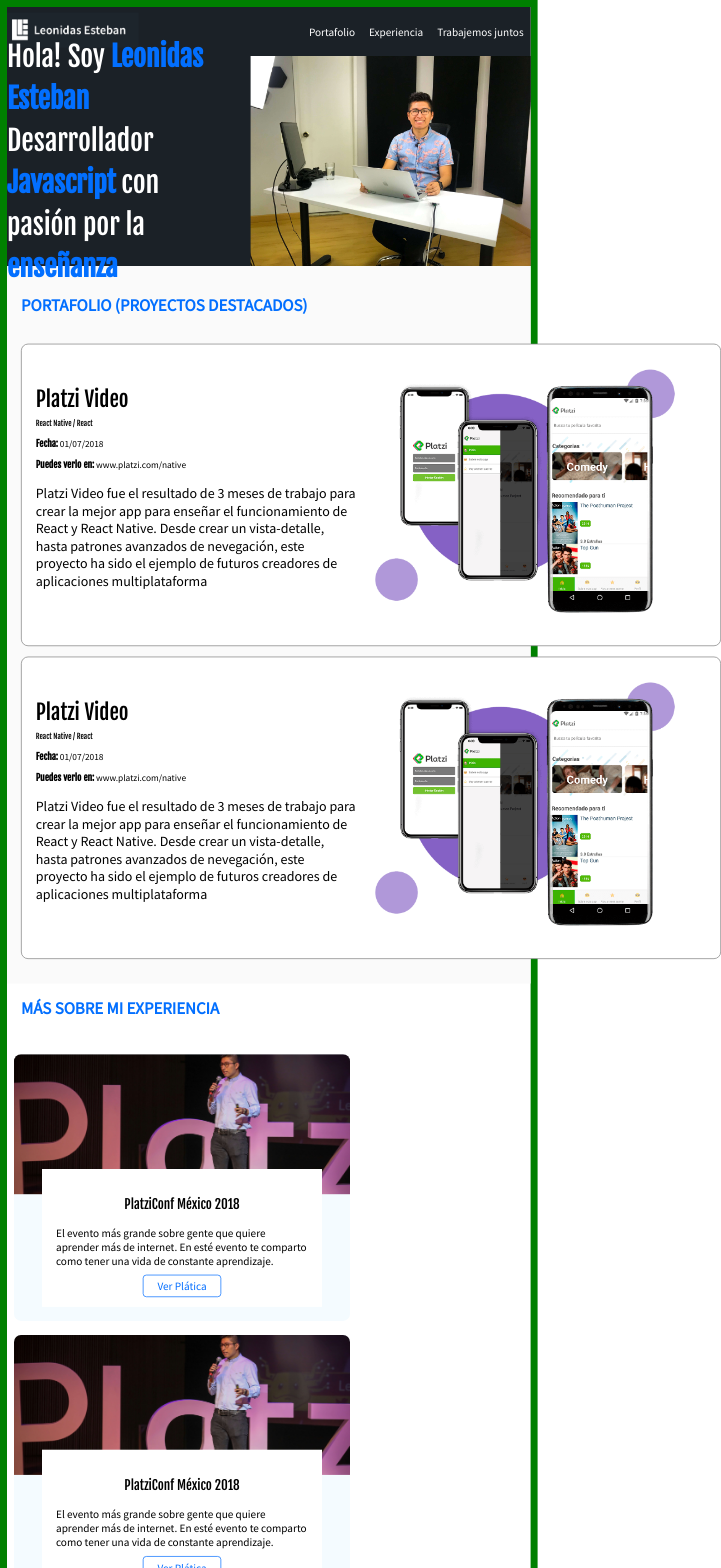
Repository: joseLozanoTamayo/web-desing
Page: desarrollo-web-portafolio/index.html
These files come from the project's save history. The page is drawn as it stood at one moment and after the next save; the edit follows.
The browser window is 768 px wide. The page is 1030 px wide, then 1020 px, so the pictures cover 1030 px, including what lies to the right of the window. The pictures show the part of the page from y = 0 to 2240 px (the page is 3329 px tall before and 3309 px after), at 70% of full size.

Above is the page before, as saved 2019-04-21 21:21:53.

### desarrollo-web-portafolio/index.html
<!DOCTYPE html>
<html lang="es">
  <head>
    <meta name="viewport" content="width=device-width, initial-scale=1">
    <meta charset="UTF-8" />
    <title>Leonidas Esteban</title>
    <link rel="icon" type="image/png" href="images/favicon.png" />
    <link href="https://fonts.googleapis.com/css?family=Fjalla+One|Source+Sans+Pro" rel="stylesheet">
    <link rel="stylesheet" href="css/estilos.css">
  </head>
  <body>
    <header class="header">
      <div class="container">
        <figure class="logo">
          <img src="images/logo.png" height="50" alt="Logo de http://leonidasesteban.com" />
        </figure>
        <nav class="menu">
          <ol>
            <li>
              <a class="link" href="#portafolio">Portafolio</a>
            </li>
            <li>
              <a class="link" href="#eventos">Experiencia</a>
            </li>
            <li>
              <a class="link" href="#contacto">Trabajemos juntos</a>
            </li>
          </ol>
        </nav>
      </div>
    </header>
    <section class="hero">
      <div class="container">
        <h1>
          Hola! Soy <strong>Leonidas Esteban</strong> <br/> Desarrollador  <strong>Javascript</strong> con <br> pasión por la <strong>enseñanza</strong>
        </h1>
        <img class="hero-image" src="images/hero.jpg" width="500" height="300" alt="imagen principal del sitio">
      </div>
    </section>
    <section id="portafolio" class="portfolio">
      <div class="container">
        <h2>Portafolio (Proyectos Destacados)</h2>
      <article class="project">
        <div class="project-details">
          <h3 class="project-title">Platzi Video</h3>
          <h6 class="project-course">React Native / React</h6>
          <p class="project-date"><small><strong>Fecha:</strong> 01/07/2018</small></p>
          <p class="project-url"><small><strong>Puedes verlo en:</strong> www.platzi.com/native</small></p>
          <p class="project-description">Platzi Video fue el resultado de 3 meses de trabajo
              para crear la mejor app para enseñar el funcionamiento
              de React y React Native. Desde crear un vista-detalle, hasta patrones avanzados de nevegación, este proyecto ha sido el ejemplo de futuros creadores de aplicaciones multiplataforma</p>
        </div>
        <figure class="project-imageContainer">
          <img class="project-image" width="500" src="images/platzi-video-react-native.png" alt="prouyecto del curso de React Native">
        </figure>
      </article>
      <article class="project">
          <div class="project-details">
            <h3 class="project-title">Platzi Video</h3>
            <h6 class="project-course">React Native / React</h6>
            <p class="project-date"><small><strong>Fecha:</strong> 01/07/2018</small></p>
            <p class="project-url"><small><strong>Puedes verlo en:</strong> www.platzi.com/native</small></p>
            <p class="project-description">Platzi Video fue el resultado de 3 meses de trabajo
                para crear la mejor app para enseñar el funcionamiento
                de React y React Native. Desde crear un vista-detalle, hasta patrones avanzados de nevegación, este proyecto ha sido el ejemplo de futuros creadores de aplicaciones multiplataforma</p>
          </div>
          <figure class="project-imageContainer">
            <img class="project-image" width="500" src="images/platzi-video-react-native.png" alt="prouyecto del curso de React Native">
          </figure>
        </article>
      </div>

    </section>
    <div class="container">
      <h2 class="event-list-title">Más sobre mi experiencia</h2>
    </div>
    <section id="eventos" class="event-list">
      <div class="container">
        <article class="event">
          <figure class="event-imageContainer">
            <img class="event-image" src="images/platzi-conf.jpg" width="500" />
          </figure>
          <div class="event-detail">
            <h3 class="event-title">PlatziConf México 2018</h3>
            <p class="event-description">El evento más grande sobre gente que quiere aprender más de internet. En esté evento te comparto como tener una vida de constante aprendizaje.</p>
            <a class="event-url" href="https://www.youtube.com/watch?v=BIS7cWGgJg0" target="_blank">Ver Plática</a>
          </div>
        </article>
        <article class="event">
          <figure class="event-imageContainer">
            <img class="event-image" src="images/platzi-conf.jpg" width="500" />
          </figure>
          <div class="event-detail">
            <h3 class="event-title">PlatziConf México 2018</h3>
            <p class="event-description">El evento más grande sobre gente que quiere aprender más de internet. En esté evento te comparto como tener una vida de constante aprendizaje.</p>
            <a class="event-url" href="https://www.youtube.com/watch?v=BIS7cWGgJg0" target="_blank">Ver Plática</a>
          </div>
        </article>
        <article class="event">
          <figure class="event-imageContainer">
            <img class="event-image" src="images/platzi-conf.jpg" width="500" />
          </figure>
          <div class="event-detail">
            <h3 class="event-title">PlatziConf México 2018</h3>
            <p class="event-description">El evento más grande sobre gente que quiere aprender más de internet. En esté evento te comparto como tener una vida de constante aprendizaje.</p>
            <a class="event-url" href="https://www.youtube.com/watch?v=BIS7cWGgJg0" target="_blank">Ver Plática</a>
          </div>
        </article>
        <article class="event">
          <figure class="event-imageContainer">
            <img class="event-image" src="images/platzi-conf.jpg" width="500" />
          </figure>
          <div class="event-detail">
            <h3 class="event-title">PlatziConf México 2018</h3>
            <p class="event-description">El evento más grande sobre gente que quiere aprender más de internet. En esté evento te comparto como tener una vida de constante aprendizaje.</p>
            <a class="event-url" href="https://www.youtube.com/watch?v=BIS7cWGgJg0" target="_blank">Ver Plática</a>
          </div>
        </article>
      </div>
    </section>
    <section id="contacto" class="contact">
      <div class="container">
        <form action="/suscripcion/" class="form-email">
          <h3>¿Creamos algo juntos?</h3>
          <input type="text" placeholder="Déjame tu email" id="email">
          <button>Enviar</button>
        </form>
        <div class="social">
          <a href="https://twitter.com/leonidasesteban" class="social-link twitter"></a>
          <a href="https://facebook.com/leonidas.esteban" class="social-link facebook"></a>
          <a href="https://github.com/leonidasesteban" class="social-link github"></a>
          <a href="https://instagram.com/leonidasesteban" class="social-link instagram"></a>
        </div>
      </div>
    </section>
    <footer class="footer">
      <div class="container">
        <div>
          <p>Curso de Desarrollo web online 2018 <img src="images/platzi.png" width="80" alt="platzi"></p>
        </div>
        <div>
          <p>
            Designed with by <a href="https://twitter.com/thespianartist">@thespianartist</a>
          </p>
        </div>
      </div>
    </footer>
  </body>
</html>

### desarrollo-web-portafolio/css/estilos.css
/* reglas
selectores
declaraciones
propiedades
valores */


/* seletor de etiqueta  header - section - article - nav */
/* header {
  background: pink;
  color: red
} */

/* selector descendente  */
/* body header div nav ol li a  */

/* selector de clase . */

/* .link */

/* selector de id # */
/* #portafolio */



/* gris oscuro = #1d252c */
/* gris claro = #626262 */
/* background gris = #1b2127 */
/* celeste = #026fff */

body {
  font-family: 'Source Sans Pro', sans-serif;
  margin: 0;
}

h1,
h2,
h3,
h4,
h5,
h6{
  font-family: 'Fjalla One', sans-serif;
  font-weight: normal;
  /* font-style: italic; */
}

h1 {
  font-size: 40px;
  line-height: 1.5;
  letter-spacing: -.2px;
  color: white;
  margin: 0;
  /* margin: 100px 150px 70px 30px; */
  /* text-transform: uppercase; */
  /* text-decoration: dashed; */
}
h1 strong {
  color: #026fff;
}
h2 {
  color: #026fff;
  text-transform: uppercase;
  font-family: 'Source Sans Pro', sans-serif;
  font-weight: bold;
  font-size: 24px;
  margin-bottom: 40px;
}

.hero {
  height: 300px;
  /* background-image: url('../images/hero.jpg'); */
  background-color: #1b2127;
  /* background-size: 500px 300px; */
  /* background-repeat: no-repeat; */
  /* background-position-x: right; */
  display: flex;
  align-items: center;
  justify-content: space-between;

}

.hero-image{
  object-fit: cover;
}


.portfolio {
  background: #fafafa;
  padding: 20px;
  /* background: red; */
}

.project {
  /* border-top: 10px solid red;
  border-right: 10px solid green;
  border-left: 10px solid orange;
  border-bottom: 10px solid pink; */
  /* color: blue; */
  /* border-top-color: red;
  border-top-width: 15px;
  border-top-style: solid; */
  border: 1px solid gray;
  border-radius: 10px;
  /* border-top-left-radius: 50px;
  border-top-right-radius: 10px;
  border-bottom-left-radius: 10px;
  border-bottom-right-radius: 10px; */
  /* margin: 10px; */
  margin-bottom: 15px;
  /* margin-right
  margin-left
  margin-top */
  padding: 20px;
  background: white;
  display: flex;
  align-items: center;
  justify-content: space-between;
}
.project-course,
.project-date,
.project-url {
  margin: 10px 0;
}
.project-description {
  font-size: 20px;
}
.project strong {
  font-family: 'Fjalla One', sans-serif;
}
/* .project-date {
  margin: 10px 0;
} */

.project-title {
  font-size: 30px;
  margin-top: 0;
  margin-bottom: 10px;
}


.project-details {
  width: 500px;
}

.project-imageContainer {
  width: 500px;
}

.header {
  background-color: #1b2127;
  color: white;
  display: flex;
  height: 70px;
  align-items: center;
  justify-content: space-between;
}

ol,
ul {
  margin: 0;
  padding: 0;
  list-style: none;
}

figure {
  margin: 0;
}

.header a {
  color: white;
  text-decoration: none;
}
.menu {
  height: inherit;
}
.header ol {
  display: flex;
  height: inherit;
}
.header ol li {
  height: inherit;
}
.header a {
  display: flex;
  align-items: center;
  height: inherit;
  padding: 0 10px;
}

.flexbox {
  display: flex;
  /* flex-wrap: nowrap; */
  flex-wrap: wrap;
  /* flex-direction: column; */
}

.box {
  width: 50px;
  height: 50px;
  margin: 5px;
  border: 1px solid red;

  flex-shrink: 0;
}

.footer {
  color: white;
  background-color: #1b2127;
  display: flex;
  align-items: center;
  justify-content: space-between;
}

.footer img {
  vertical-align: middle;
}

.footer a {
  color: white;
}

.event-list {
  display: flex;
  flex-wrap: wrap;
}
.event-list-title {
  margin-left: 20px;
}
.event {
  margin: 10px;
  width: 480px;
  flex-shrink: 0;
  border-radius: 10px;
  overflow: hidden;
  background: #f4fbff;
}
.event img {
  width: 480px;
  height: 200px;
  object-fit: cover;
}
.event-detail {
  margin: 20px 40px;
  margin-top: -40px;
  background-color: white;
  position: relative;
  padding: 20px;
  text-align: center;
}
.event-description {
  text-align: left;
}

.event-url {
  color: #056fff;
  border: 1px solid;
  padding: 5px 20px;
  text-decoration: none;
  border-radius: 5px;
}

.contact {
  background-color: #056fff;
  color: white;
  height: 150px;
  display: flex;
  align-items: center;
  justify-content: space-between;
}

.social {
}

.social-link {
  display: inline-block;
  width: 50px;
  height: 50px;
  margin: 0 10px;
  background-size: 50px 50px;
}

.social-link.twitter {
  background-image: url('../images/twitter.svg');
}
.social-link.facebook {
  background-image: url('../images/facebook.svg');
}
.social-link.github {
  background-image: url('../images/github.svg');
}
.social-link.instagram {
  background-image: url('../images/instagram.svg');
}


.form-email input {
  border-color: gray;
  border-style: solid;
  border-radius: 5px;
  padding: 10px 20px 10px 25px;
  background-image: url('../images/envelope.svg');
  background-size: 15px 15px;
  background-repeat: no-repeat;
  background-position-y: center;
  background-position-x: 5px;
}

.form-email button {
  display: block;
  background: transparent;
  color: white;
  padding: 10px 0;
  border-radius: 5px;
  width: 100px;
  margin-top: 10px;
}

.form-email h3 {
  font-family: 'Source Sans Pro', sans-serif;
}

.container {
  /* border: 1px solid red; */
  width: 1000px;
  margin: 0 auto;
  display: inherit;
  justify-content: inherit;
  align-items: inherit;
  height: inherit;
  flex-wrap: inherit;
}

/* destop first que empieces desde MQ mas grande*/

@media screen and ( max-width: 1024px){
}

@media screen and (max-width: 768px){
  body {
    border: 10px solid green;
  }
}

@media screen and ( max-width: 480px){
}

@media screen and ( max-width: 320px){
}

After the next save:
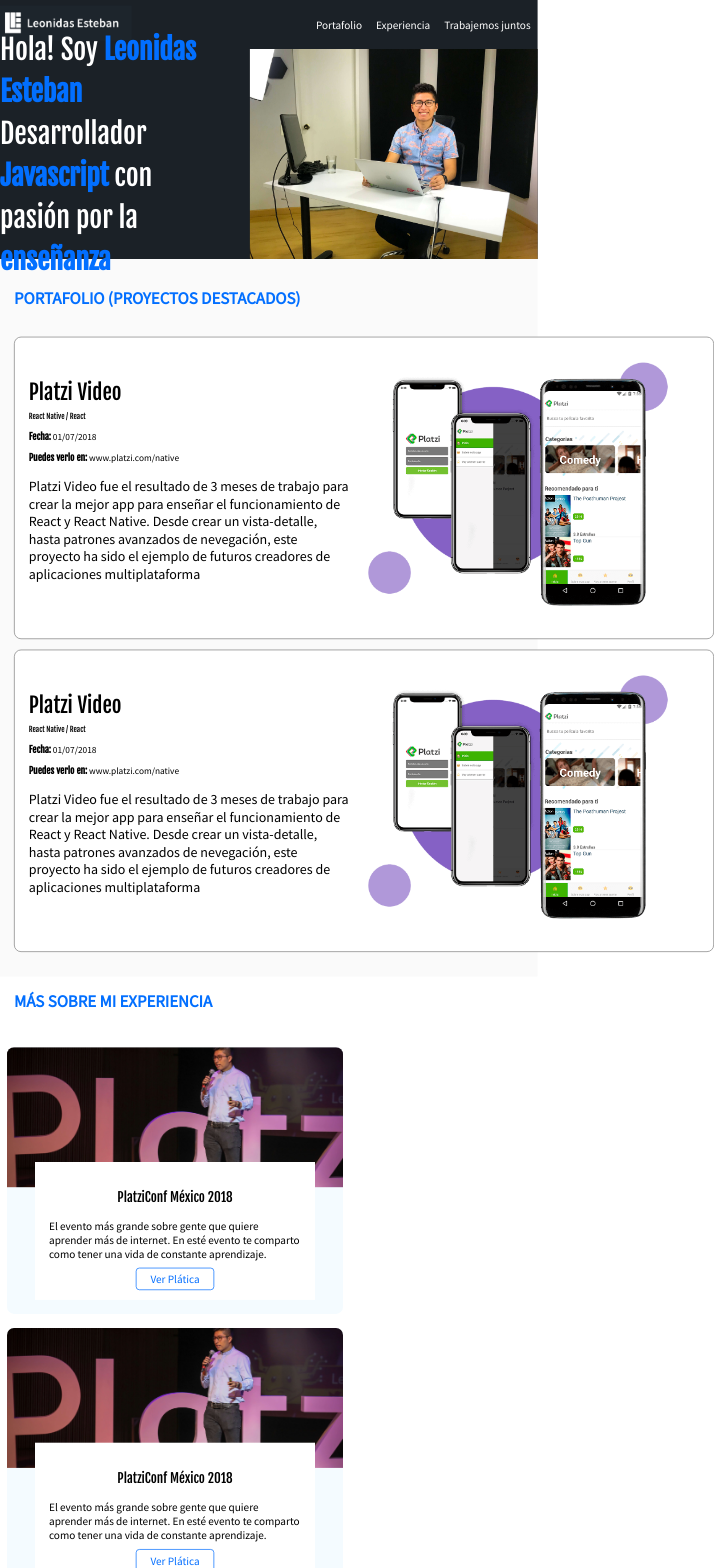
Saved 3 min 22 s later.
--- a/desarrollo-web-portafolio/css/estilos.css
+++ b/desarrollo-web-portafolio/css/estilos.css
@@ -336,9 +336,7 @@
 }
 
 @media screen and (max-width: 768px){
-  body {
-    border: 10px solid green;
-  }
+
 }
 
 @media screen and ( max-width: 480px){
